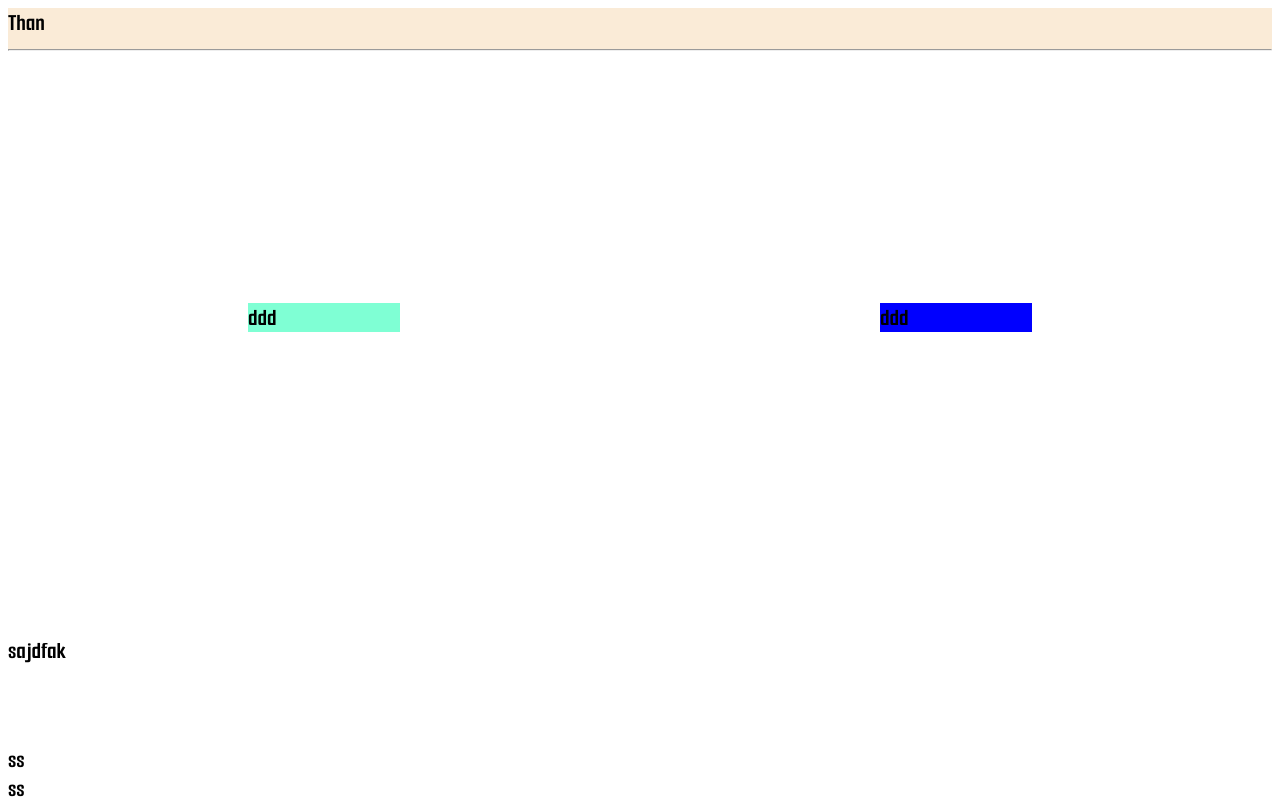
Repository: Than-dot/Than-dot
Page: index.html
The author's editor kept a copy of each file at every save. The page is drawn from the files as they stood at one save, then again after the next save.
The browser window is 1280 px wide. The pictures show the whole page.

Above is the page before, as saved 2026-04-22 12:39:37.

### index.html
<!doctype html>
<html lang="en">
  <head>
    <meta charset="UTF-8" />
    <meta name="viewport" content="width=device-width, initial-scale=1.0" />
    <title>Than</title>
    <link rel="stylesheet" href="styles/global.css" />
    <link rel="stylesheet" href="styles/index.css" />
  </head>

  <body>
    <header>
      <nav>Than</nav>
      <hr />
    </header>
    <main class="container">
      <article class="f-art">ddd</article>
      <aside class = "f-asi">ddd</aside>
      <article class="stats">sajdfak</article>
    </main>
    <article>ss</article>
    <aside>ss</aside>
  </body>
</html>

### styles/global.css
@font-face {
  font-family: Smooch-Sans;
  src: url(/assets/font/Roboto,Smooch_Sans/Smooch_Sans/SmoochSans-VariableFont_wght.ttf);
}

body {
  font-family: Smooch-Sans, sans-serif;
  font-weight: bold;
  font-size: 1.5rem;
}

### styles/index.css


.container {
  display: grid;
  grid-template-columns: auto auto;
}

header {
  background-color: antiquewhite;
}

.f-art {
  background-color: aquamarine;
  margin: 15rem;
}

.f-asi {
  background-color: blue;
  margin: 15rem;
}

.stats {
  margin-top: 4rem;
  margin-bottom: 5rem;
}

After the next save:
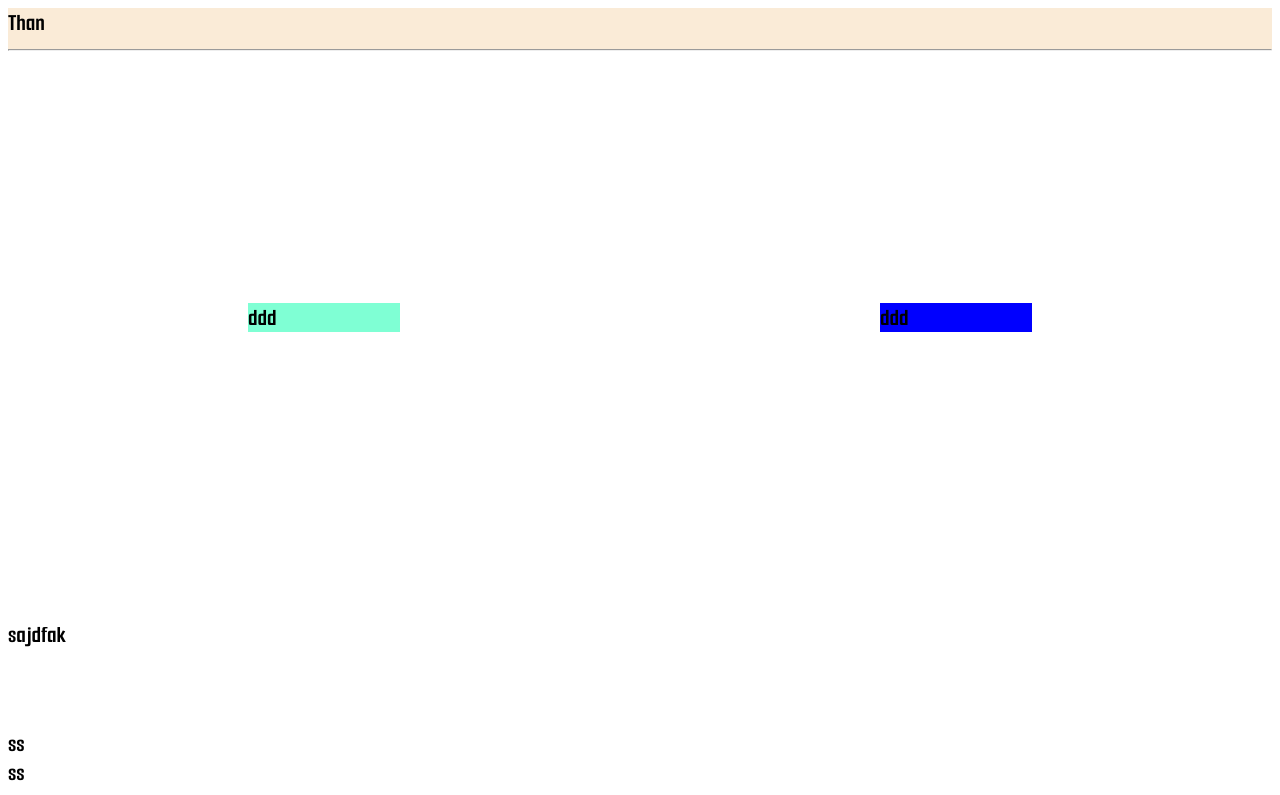
Saved 68 s later.
--- a/styles/index.css
+++ b/styles/index.css
@@ -20,6 +20,6 @@ header {
 }
 
 .stats {
-  margin-top: 4rem;
+  margin-top: 3rem;
   margin-bottom: 5rem;
 }
